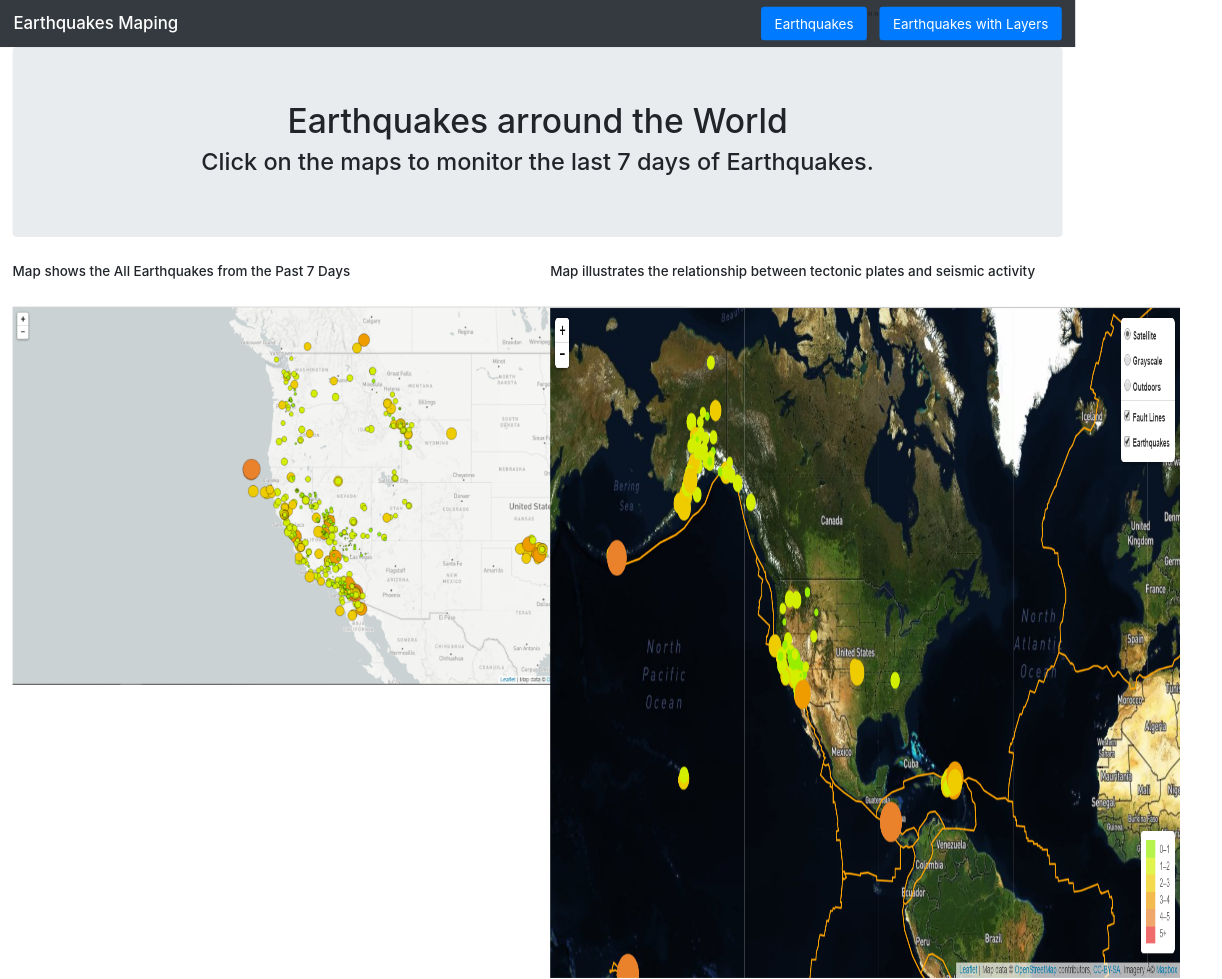
Repository: ermiasgelaye/leaflet-challenge
Page: index.html
The author's editor kept a copy of each file at every save. The page is drawn from the files as they stood at one save, then again after a run of saves.
The browser window is 1280 px wide. The page is 1405 px wide, then 1455 px, so the pictures cover 1455 px, including what lies to the right of the window. The pictures show the whole page, at 84% of full size.

Above is the page before, as saved 2020-09-18 22:39:33.

After the next 4 saves:
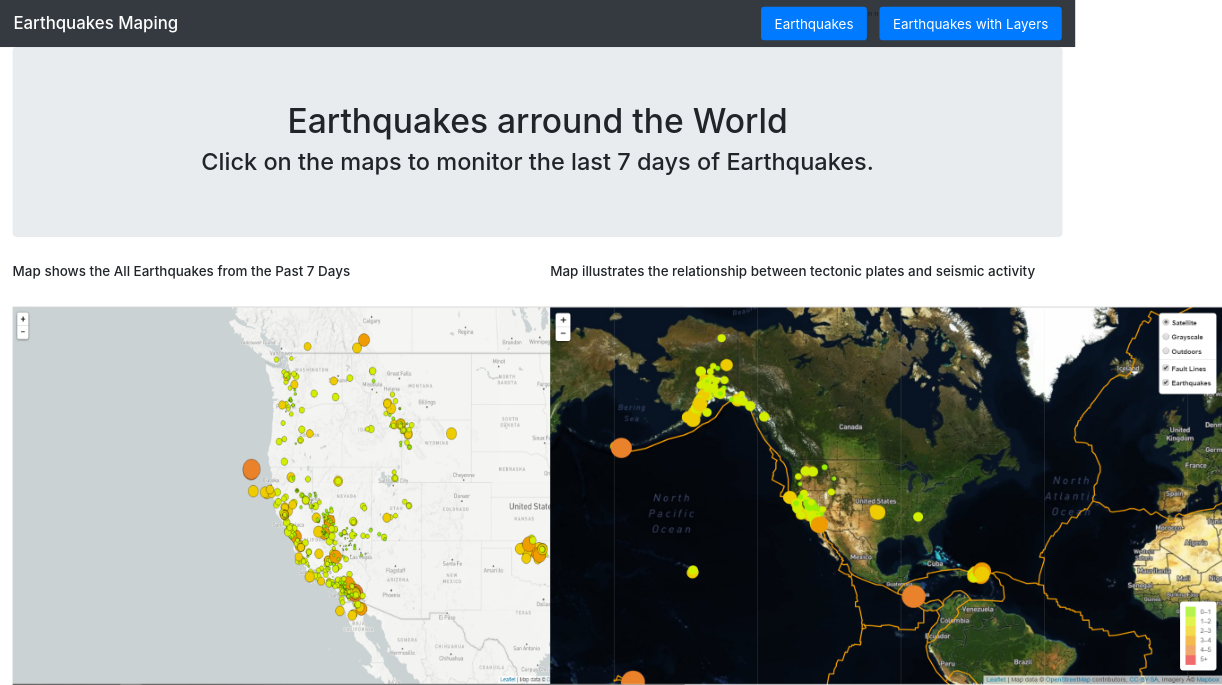
The 4 saves are shown as one change because they came seconds apart.
The last was saved 10 s later.
--- a/index.html
+++ b/index.html
@@ -61,7 +61,7 @@
             </h6>
             <br />
             <a href="Leaflet-Step-2/step-2.html">
-                <img src="images/5-Advanced.png" alt="Mapping with Layers" width="750" height="800" /></a>
+                <img src="images/5-Advanced.png" alt="Mapping with Layers" width="800" height="450" /></a>
         </div>
         </div>
         </div>
